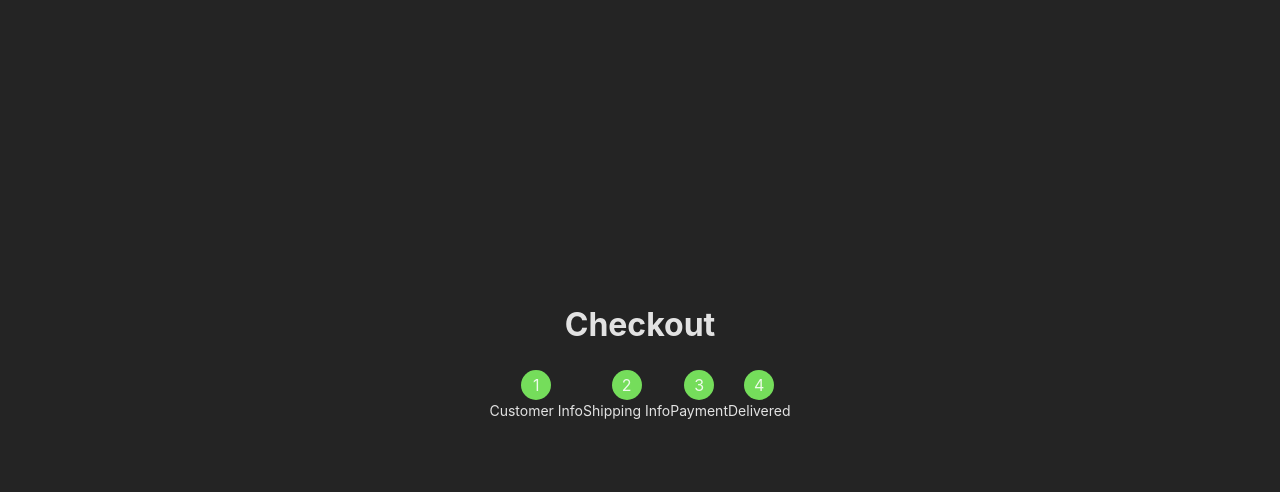
Repository: s-babaeizadeh/stepper-react
Page: /
These files come from the project's save history. The page is drawn as it stood at one moment and after the next save; the edit follows.
The browser window is 1280 px wide. The pictures show the whole page.
The project was rebuilt for these pictures with package versions that can differ from the ones it lists, and the page was loaded fresh each time. Also part of the build but not shown: vite.config.js.

Above is the page before, as saved 2024-08-04 15:37:59.

### src/App.jsx
import { Component, useState } from "react";

import "./App.css";
import CheckoutSteeper from "./components/CheckoutSteeper";

const CHECKOUT_STEPS = [
  {
    name: "Customer Info",
    Component: () => <div>Provide your contact details</div>,
  },
  {
    name: "Shipping Info",
    Component: () => <div>Enter you shipping address</div>,
  },
  {
    name: "Payment",
    Component: () => <div>Complete payment for your order</div>,
  },
  {
    name: "Delivered",
    Component: () => <div>Your order has been delivered</div>,
  },
];

function App() {
  return (
    <>
      <h1>Checkout</h1>
      <CheckoutSteeper stepsConfig={CHECKOUT_STEPS} />
    </>
  );
}

export default App;

### src/index.css
:root {
  font-family: Inter, system-ui, Avenir, Helvetica, Arial, sans-serif;
  line-height: 1.5;
  font-weight: 400;

  color-scheme: light dark;
  color: rgba(255, 255, 255, 0.87);
  background-color: #242424;

  font-synthesis: none;
  text-rendering: optimizeLegibility;
  -webkit-font-smoothing: antialiased;
  -moz-osx-font-smoothing: grayscale;
}

body {
  margin: 0;
  display: flex;
  place-items: center;
  min-width: 320px;
  min-height: 100vh;
}

.stepper {
  position: relative;
  display: flex;
  align-items: center;
  justify-content: space-between;
  margin-bottom: 20px;
}

.step {
  display: flex;
  flex-direction: column;
  align-items: center;
  position: relative;
}

.step-number {
  width: 30px;
  height: 30px;
  border-radius: 50%;
  background-color: #75dd5b;
  display: flex;
  justify-content: center;
  align-items: center;
  z-index: 2;
}

.step-name {
  font-size: 14px;
}

### src/components/CheckoutSteeper.jsx
import React from "react";

const CheckoutSteeper = ({ stepsConfig = [] }) => {
  if (!stepsConfig.length) {
    return <></>;
  }

  return (
    <>
      <div className="stepper">
        {stepsConfig.map((step, index) => {
          return (
            <div key={step.name} className="step">
              <div className="step-number">{index + 1}</div>
              <div className="step-name">{step.name}</div>
            </div>
          );
        })}
      </div>
    </>
  );
};

export default CheckoutSteeper;

Loaded but not shown: index.html (common file); src/main.jsx (common file); src/App.css (common file)

After the next save:
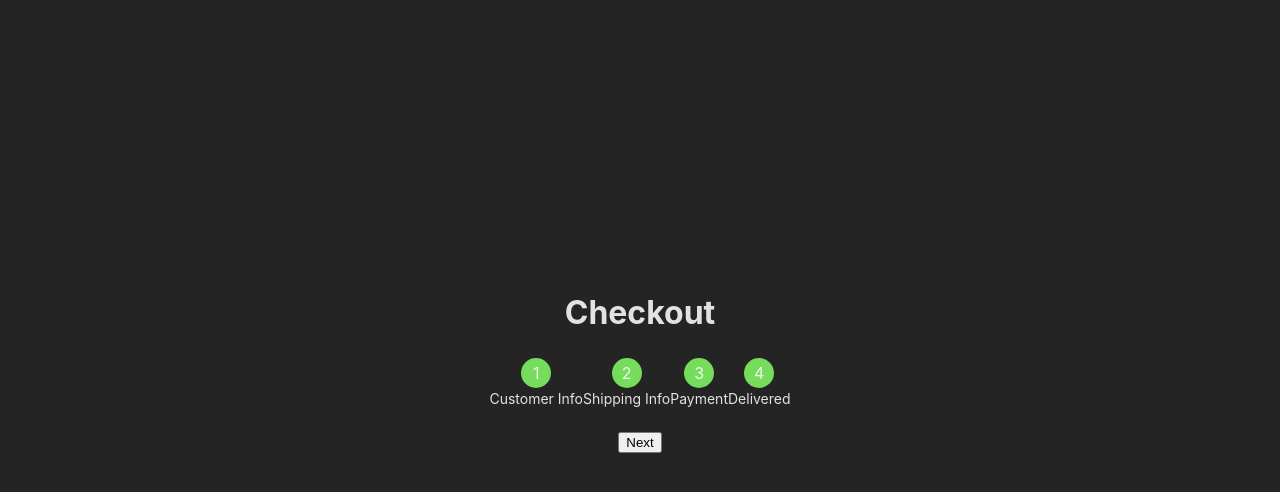
Saved 2 min 25 s later.
--- a/src/components/CheckoutSteeper.jsx
+++ b/src/components/CheckoutSteeper.jsx
@@ -17,6 +17,8 @@ const CheckoutSteeper = ({ stepsConfig = [] }) => {
           );
         })}
       </div>
+
+      <button>Next</button>
     </>
   );
 };
